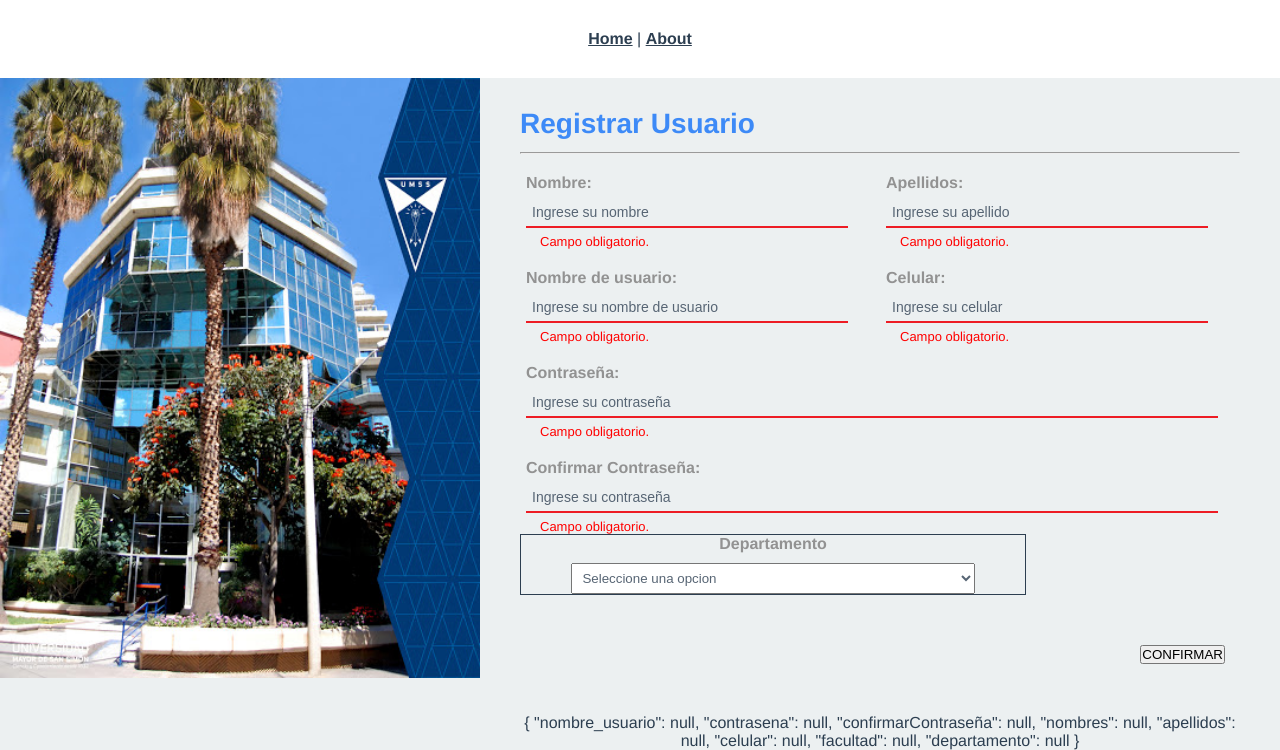
Repository: BritanyTorrico/front-cotizaciones
Page: /register
The author's editor kept a copy of each file at every save. The page is drawn from the files as they stood at one save, then again after the next save.
The browser window is 1280 px wide. The pictures show the whole page.
The project was rebuilt for these pictures with package versions that can differ from the ones it lists, and the page was loaded fresh each time. Also part of the build but not shown: vue.config.js, src/components/HelloWorld.vue, src/views/Home.vue.

Above is the page before, as saved 2021-04-22 10:44:17.

After the next save:
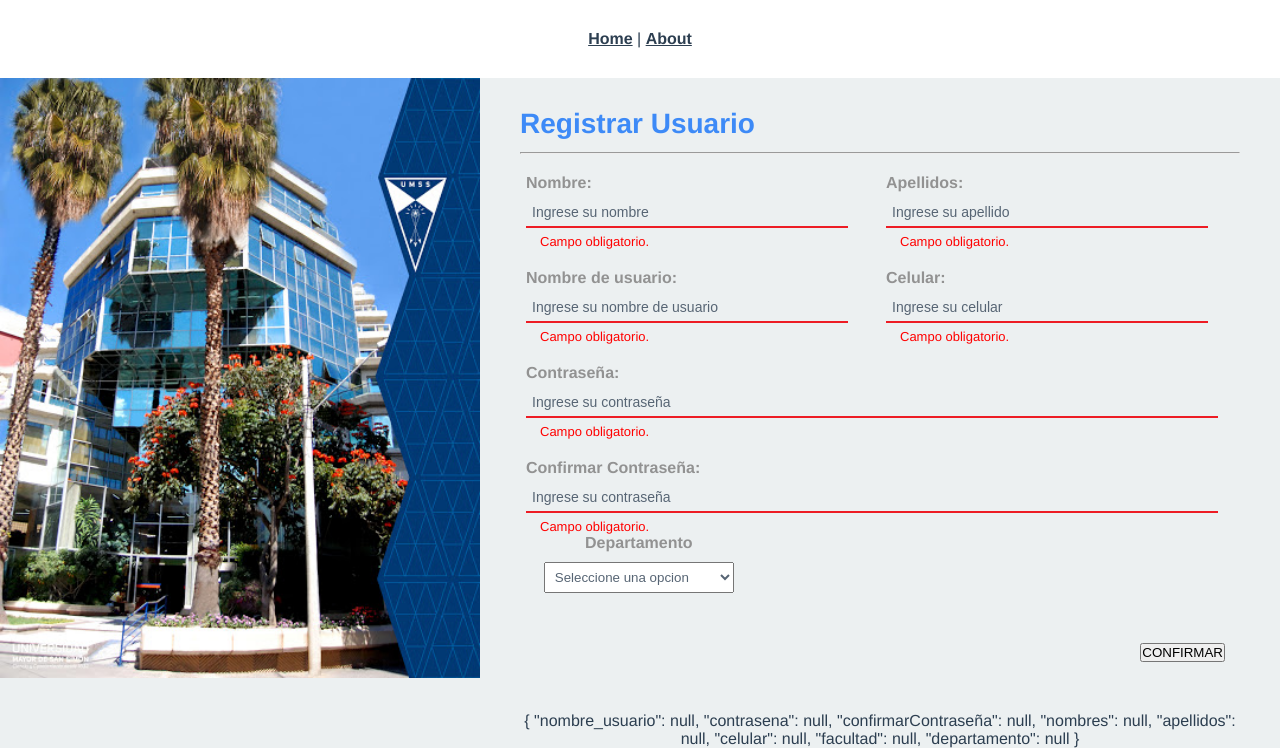
Saved 68 s later.
--- a/src/components/User/RegisterUser.vue
+++ b/src/components/User/RegisterUser.vue
@@ -303,8 +303,7 @@
   display: flex;
 }
 .fomrm__section__item {
-  width: 70%;
-  border: 1px solid;
+  width: 33%;
 }
 .formulario_label {
   padding-left: 6px;
